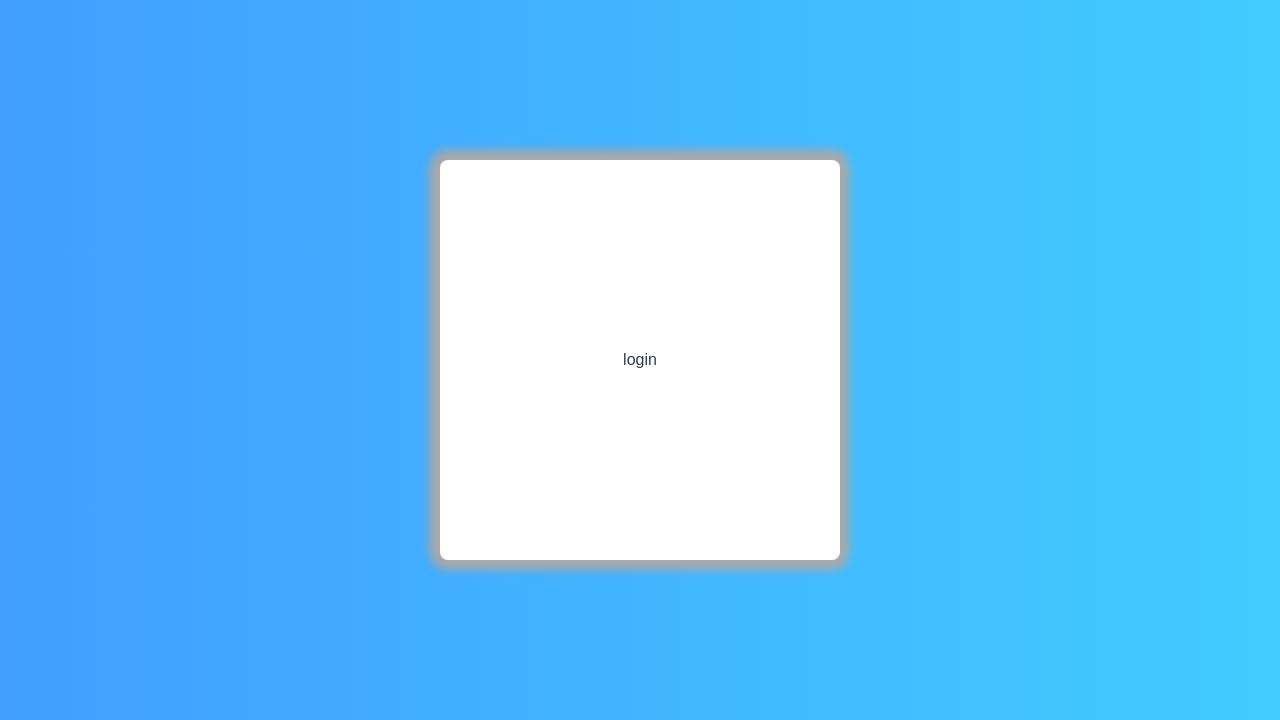
Repository: omsGroup/oms
Page: /#/systemSetting
The author's editor kept a copy of each file at every save. The page is drawn from the files as they stood at one save, then again after the next save.
The browser window is 1280 px wide. The pictures show the whole page.
The project was rebuilt for these pictures with package versions that can differ from the ones it lists, and the page was loaded fresh each time.

Above is the page before, as saved 2018-09-02 20:55:01.

### index.html
<!DOCTYPE html>
<html>
  <head>
    <meta charset="utf-8">
    <meta name="viewport" content="width=device-width,initial-scale=1.0">
    <title>oms</title>
    <script src="//at.alicdn.com/t/font_741279_u6newasw37.js"></script>
  </head>
  <body>
    <div id="app"></div>
    <!-- built files will be auto injected -->
  </body>
</html>

### src/main.js
// The Vue build version to load with the `import` command
// (runtime-only or standalone) has been set in webpack.base.conf with an alias.
import Vue from 'vue'
import App from './App'
import router from './router'
import Vuex from 'vuex'
import store from './vuex/store.js'
import './assets/common.less'
import ElementUI from 'element-ui';
import 'element-ui/lib/theme-chalk/index.css';
import * as filters from  './plugins/filters'
import * as axios from '@/axios'

Vue.prototype.$axios = axios
Object.keys(filters).forEach(key=>{
    Vue.filter(key,filters[key])
});

Vue.use(ElementUI,Vuex);
Vue.config.productionTip = false;

/* eslint-disable no-new */
new Vue({
    el: '#app',
    router,
    store,
    components: {
        App
    },
    template: '<App/>'
})

### src/router/index.js
import Vue from 'vue'
import Router from 'vue-router'
import login from '@/components/login'
import store from '../vuex/store.js'
const recover = r => require.ensure([], () => r(require('@/pages/recover/recover')), 'recover');
const layout = r => require.ensure([], () => r(require('@/components/layout')), 'layout');
const home = r => require.ensure([], () => r(require('@/pages/home/home')), 'home');
const userInfo = r => require.ensure([], () => r(require('@/pages/user/userInfo')), 'userInfo');
const userAudit = r => require.ensure([], () => r(require('@/pages/audit/userAudit')), 'userAudit');
const financeInfo = r => require.ensure([], () => r(require('@/pages/finance/financeInfo')), 'financeInfo');
const systemSetting = r => require.ensure([], () => r(require('@/pages/system/systemSetting')), 'systemSetting');
const authorityManagement = r => require.ensure([], () => r(require('@/pages/system/authorityManagement')), 'authorityManagement');


Vue.use(Router);

const Routers = new Router({
    routes: [{
        path: '/',
        name: 'login',
        component: login
    }, {
        path: '/layout',
        name: 'layout',
        component: layout,
        redirect:'/home',
        children: [{
            path: '/home',
            name: '首页',
            component: home
        }, {
            path:'/userInfo',
            name:'用户信息',
            component:userInfo
        }, {
            path:'/userAudit',
            name:'用户审核',
            component:userAudit
        }, {
            path:'/financeInfo',
            name:'财务信息',
            component:financeInfo
        }, {
            path:'/systemSetting',
            name:'系统设置',
            component:systemSetting
        },{
            path:'/authorityManagement',
            name:'权限管理',
            component:authorityManagement
        }]
    }, {
        path: '/recover',
        name: 'recover',
        component: recover
    }]
})

Routers.beforeEach((to, from, next)=>{
    let tabsData=[]
    if(to.path!=='/'){
        if(!localStorage.getItem('userInfo')){
            next('/')
            return
        }
    }
    if(localStorage.getItem('tabsData')){
        let tabsData=JSON.parse(localStorage.getItem('tabsData'))
        let findRepeat=tabsData.findIndex((value,index,tabsData)=>{
            return value.name===to.name
        })
        if(findRepeat===-1){
            tabsData.push({title:to.name,name:to.name,path:to.path})
            localStorage.setItem('tabsData',JSON.stringify(tabsData))
            store.commit('setTabs')
        }
        localStorage.setItem('currTabs', to.name)
        store.commit('setTabs')
        store.commit('setCurrTabs')
    }else{
        if(to.name!=='login'){
            tabsData.push({title:to.name,name:to.name,path:to.path})
            localStorage.setItem('tabsData', JSON.stringify(tabsData))
            localStorage.setItem('currTabs', tabsData[0].name)
            store.commit('setTabs')
            store.commit('setCurrTabs')
        }
    }
    next();
})

export default Routers

### src/vuex/store.js
import Vue from 'vue'
import Vuex from 'vuex'

Vue.use(Vuex)
const store=new Vuex.Store({
    state:{
        author:'BWW',
        tabsData:'',
        currTabs:''
    },
    mutations:{
    	saveTabs(state,msg){
    		localStorage.setItem('tabsData',JSON.stringify(msg))
    	},
    	setTabs(state){
    		state.tabsData=JSON.parse(localStorage.getItem('tabsData'))
        },
        setCurrTabs(state){
            state.currTabs = localStorage.getItem('currTabs')
        }
    },
})
export default store

### src/assets/common.less
html,body{
    height: 100%;
    width: 100%;
}
body, div, span, header, footer, nav, section, aside, article, ul, dl, dt, dd, li, a, p, h1, h2, h3, h4,h5, h6, i, b, textarea, button, input, select, figure, figcaption {
    padding: 0;
    margin: 0;
    list-style: none;
    font-style: normal;
    text-decoration: none;
    border: none;
    font-family: "Microsoft Yahei",sans-serif;
    -webkit-tap-highlight-color:transparent;
    -webkit-font-smoothing: antialiased;
    &:focus {
        outline: none;
    }
}
.flex-center-center{
    display: flex;
    align-items: center;
    justify-content: center;
}
.el-menu{
    border-right: none !important;
}
.icon {
    width: 1.2em; height: 1.2em;
    vertical-align: -0.15em;
    margin-right:5px;
    fill: currentColor;
    overflow: hidden;
}

### src/plugins/filters.js
export function sex(val){
    return val === 1?'男':'女'
}
export function accountType(val){
    return val === 0 ?'普通用户':val === 1?'管理员':'超级管理员'
}
export function timestampTransform(val){
    let date=new Date(val);
    return date.getFullYear()+'-'+checkTen(date.getMonth()+1)+'-'+checkTen(date.getDate())+' '+checkTen(date.getHours())+':'+checkTen(date.getMinutes())+':'+checkTen(date.getSeconds())
}
function checkTen(val){
    return val<10?'0'+val:val
}

### src/axios/index.js
import axios from 'axios'
import qs from 'qs'

// axios 配置
axios.defaults.timeout = 10000;
axios.defaults.headers.post['Content-Type'] = 'application/json;charset=UTF-8';
axios.defaults.baseURL = `http://${process.env.NODE_ENV}.oms-api.qiuxiaomi.cn`;
// // 或者
// switch(process.env.NODE_ENV) {
//     case 'dev':
//         axios.defaults.baseURL = 'http://dev.api.qiuxiaomi.cn';
//         break;
//     case 'production':
//         axios.defaults.baseURL = 'http://[pro].api.qiuxiaomi.cn';
//         break;
// }
// axios.defaults.baseURL = 'http://production.api.qiuxiaomi.cn/ranking/live_ranking_lis';
let instance = axios.create({
    headers:{

    },
    data:{

    },
    params:{

    }
})
//POST传参序列化
instance.interceptors.request.use((config) => {
    if(config.method  === 'post'){
        config.data = qs.stringify(config.data);
    }
    return config;
},(error) =>{
    return Promise.reject(error);
});

//返回状态判断
instance.interceptors.response.use((res) =>{
    if(res.status === 200){
        if(res.data.errorCode===1){
            return Promise.resolve(res.data)
        }else{
            this.$message.error(res.data.msg)
        }
    }else if(res.status === 500){
        this.$message.error('服务器异常')
    }
    return res;
}, (error) => {
    //404等问题可以在这里处理
    return Promise.reject(error);
});

export function fetch(url, params) {
    return new Promise((resolve, reject) => {
        axios.defaults.headers.post['Content-Type'] = 'application/json;charset=UTF-8';
        instance.post(url, params)
            .then(response => {
                resolve(response.data);
            }, err => {
                reject(err);
            })
            .catch((error) => {
                reject(error)
            })
    })
};
export function postFormat(url,params){
    return new Promise((resolve,reject)=>{
        axios.defaults.headers.post['Content-Type'] = 'application/x-www-form-urlencoded';
        instance.post(url,params)
            .then((response) => {
                resolve(response);
            }).catch((error) => {
                console.log(error,'error')
                reject(error)
            })
    })
};
export function formData(url,param={}){
    return instance.post(url,param,{
        headers: {
            'enctype': 'multipart/form-data',
            'Cache-Control': 'no-store',
            'Pragma': 'no-cache'
        },
        data: param || {},
        transformRequest:[function() {
            let fd = new FormData();
            for (let i in param) {
                if (param.hasOwnProperty(i)) {
                    fd.append(i, param[i]);
                }
            }
            return fd;
        }]
    })
}
export default {
    formData,
    fetch,
    postFormat,
    instance
}

### src/components/login.vue
<template>
    <div id="canvas"
         class="login-pages flex-center-center">
        <div class="login-box flex-center-center">
            <div class="login">login</div>
        </div>
    </div>
</template>
<script>
import echart from 'echarts'
import Vue from 'vue'
import * as THREE from 'three'
import defaultImg from '../assets/images/Generic_Celestia_asteroid_texture.jpg'

export default {
    data() {
        return {
            form: {
                username: "",
                password: "",
            },
        }
    },
    mounted() {

    },
    destory(){
        THREE.Cache.clear()
    },
    methods: {
        submitLogin() {
            localStorage.clear();
            this.$refs.form.validate((valid) => {
                if (valid) {
                    this.$axios.postFormat('/v1/login',this.form).then((res)=>{
                        localStorage.setItem('userInfo',JSON.stringify(res.data))
                        this.$message.success("登录成功");
                        this.$router.replace('/layout');
                    }).catch((error)=>{
                        this.$message.error('登录失败')
                    })
                }
            })
        },
    }
}

</script>
<style lang="less">
    .login-pages {
        width: 100%;
        height: 100%;
        background: linear-gradient(90deg,#419eff,#41ccff);
        .login-box{
            width: 400px;
            height:400px;
            // border:1px solid #999;
            border-radius:8px;
            box-shadow: darkgrey 0px 0px 10px 10px;
            background:#fff;
        }
    }

</style>

Loaded but not shown: src/App.vue (common file)

After the next save:
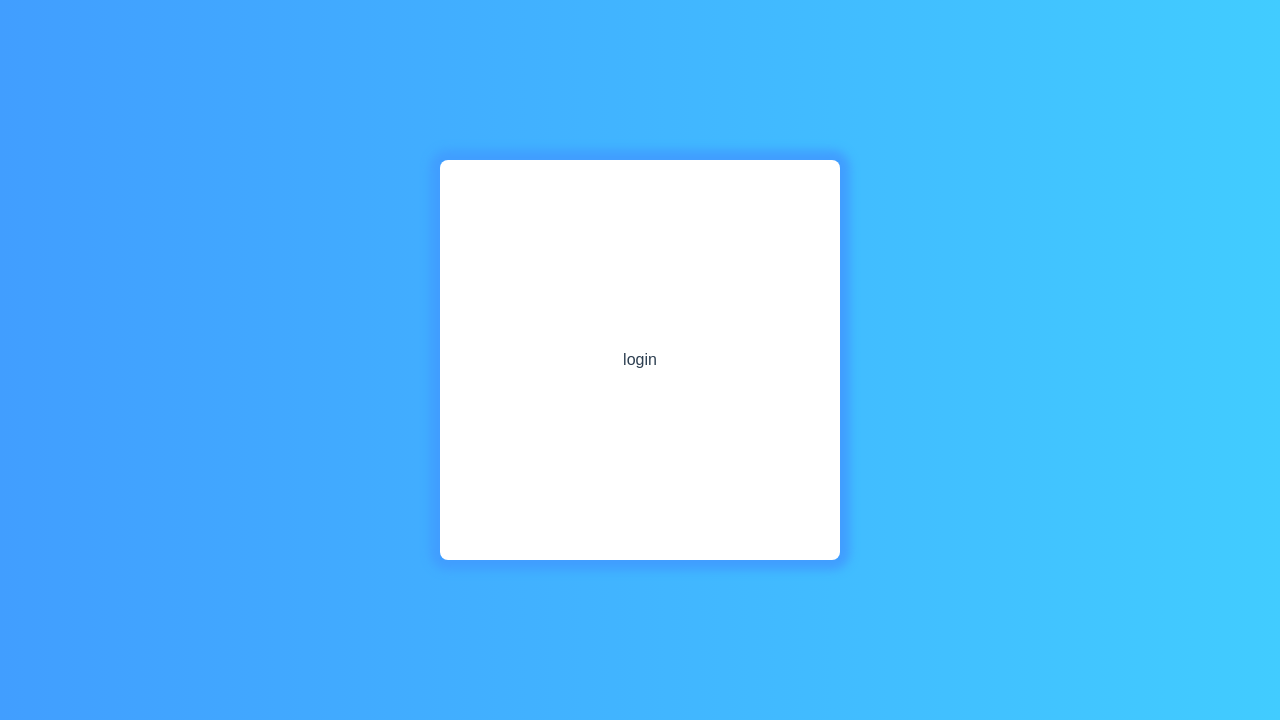
Saved 22 s later.
--- a/src/components/login.vue
+++ b/src/components/login.vue
@@ -56,7 +56,7 @@ export default {
             height:400px;
             // border:1px solid #999;
             border-radius:8px;
-            box-shadow: darkgrey 0px 0px 10px 10px;
+            box-shadow: #419eff 0px 0px 10px 10px;
             background:#fff;
         }
     }
